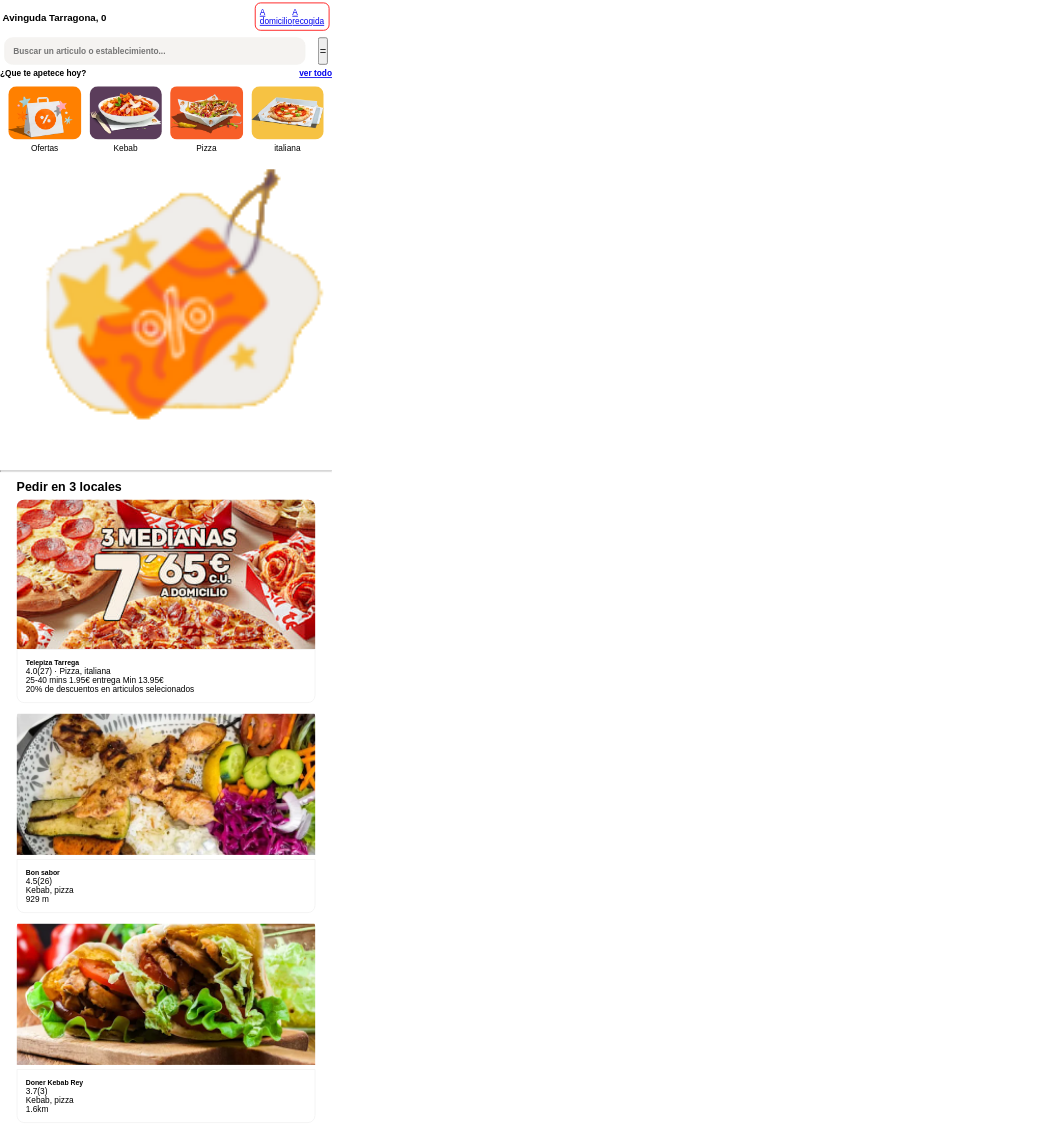
Repository: Srpinedaa/justEat
Page: index.html
These files come from the project's save history. The page is drawn as it stood at one moment and after the next save; the edit follows.
The browser window is 1280 px wide. The pictures show the whole page, at 83% of full size.

Above is the page before, as saved 2024-10-03 15:33:06.

After the next save:
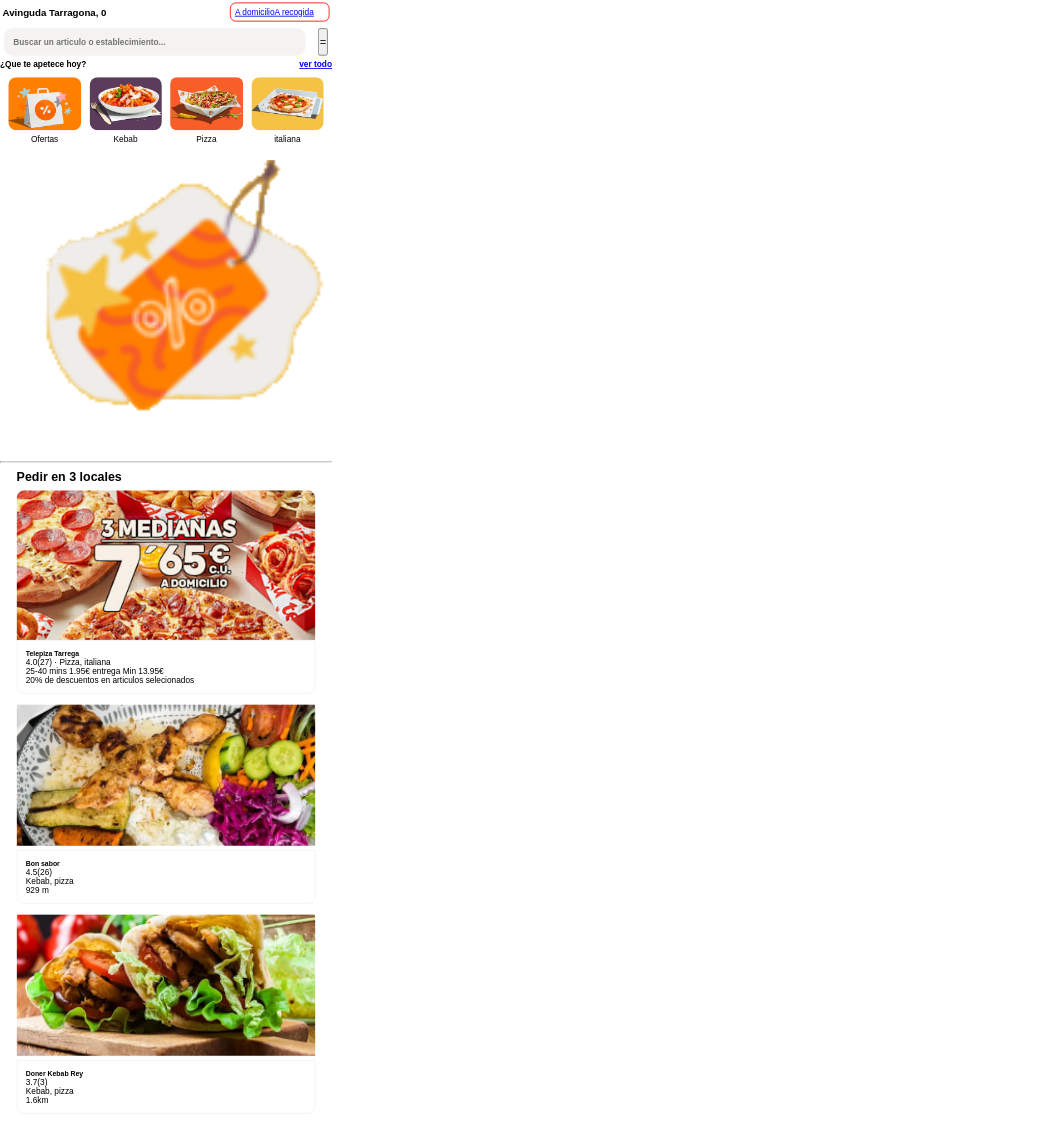
Saved 7 s later.
--- a/css/estilos.css
+++ b/css/estilos.css
@@ -69,7 +69,7 @@
     border-radius: 7px;
     padding: 5px;
     display: flex;
-    width: 9rem;
+    width: 12rem;
 }
 
 .formaPedido{

After the save that followed:
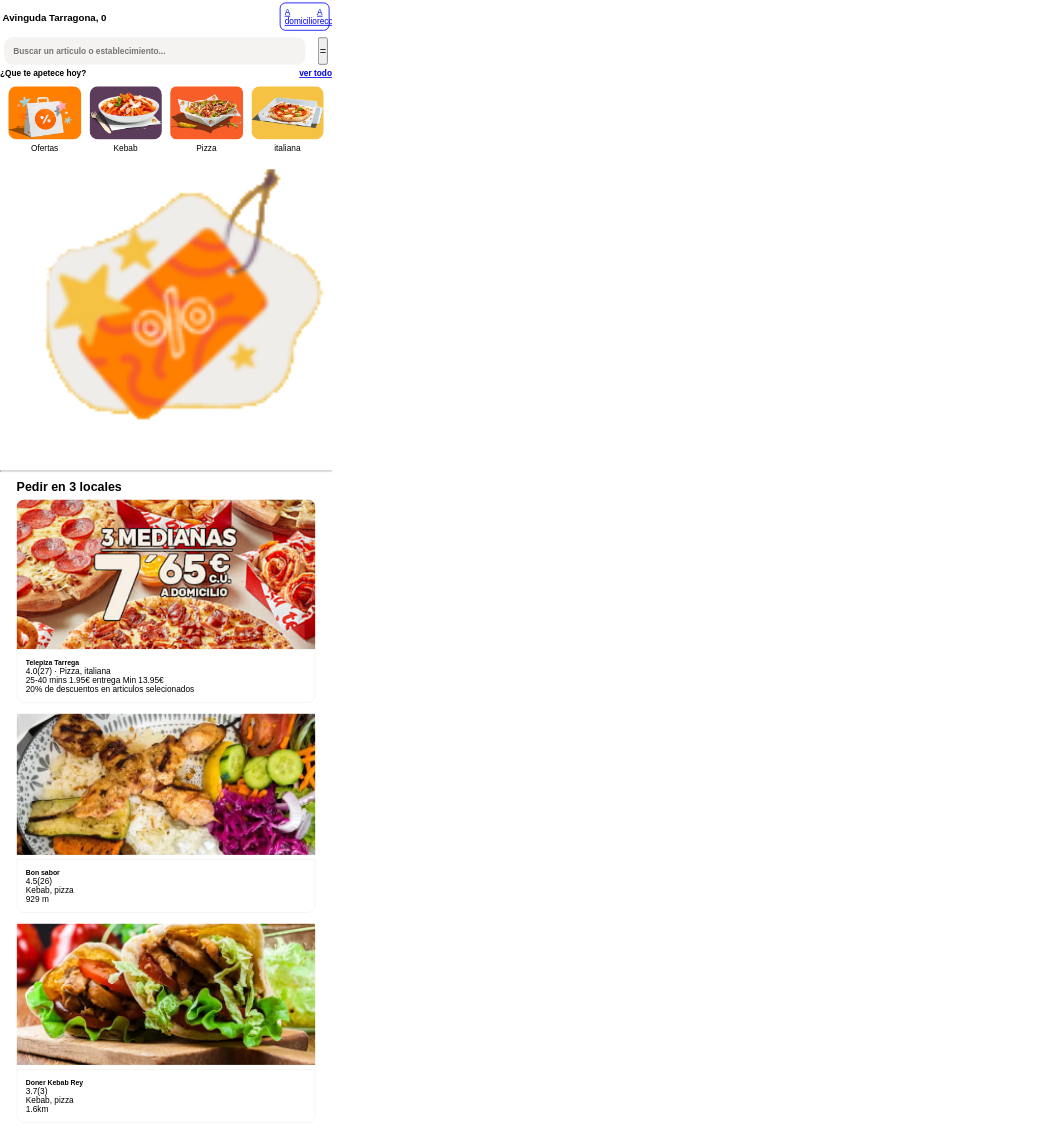
Saved 13 s later.
--- a/css/estilos.css
+++ b/css/estilos.css
@@ -73,7 +73,8 @@
 }
 
 .formaPedido{
-    /* border: 1px solid blue; */
+    border: 1px solid blue;
+    width: 6rem;
 }
 
 #contenido{
